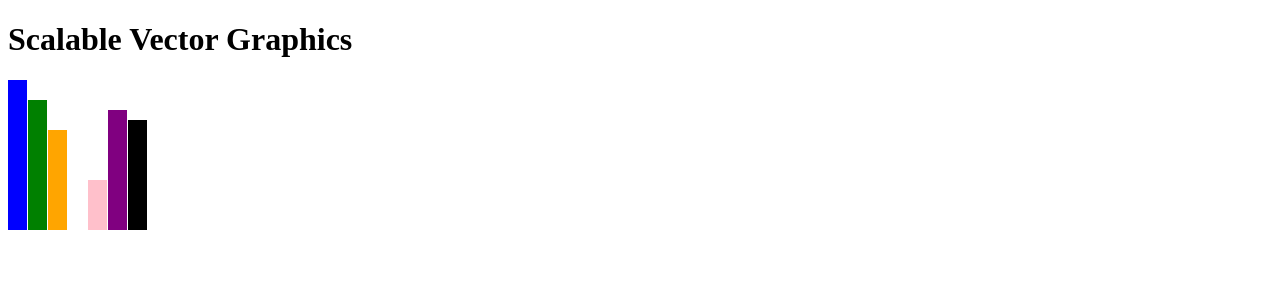
Repository: david-connaughton/data-visualisation
Page: svg.html
The author's editor kept a record of every edit. The page is drawn from the files as they stood at one moment, then again after the next edit.
The browser window is 1280 px wide. The pictures show the whole page.

Above is the page before.

### svg.html
<!DOCTYPE html>
<html lang="en">
<head>
    <meta charset="UTF-8">
    <meta name="viewport" content="width=device-width, initial-scale=1.0">
    <meta http-equiv="X-UA-Compatible" content="ie=edge">
    <title>Document</title>
</head>
<body>
    <h1>Scalable Vector Graphics</h1>
    <svg>
        <!--<rect x='0' y='0' width='100' height='50' fill='blue'/>-->
       <!-- <circle cx='100' cy='25' r='20' fill='pink'/>-->
       <!--<polygon points='0,0 100,0 200,100 250,50 300,300 0,300' fill='red'/>-->
       <rect x='0' y='' width='19' height='150' fill=''/>
       <!--<rect x='20' y='' width='19' height='150' fill=''/>
       <rect x='40' y='' width='19' height='150' fill=''/>
       <rect x='60' y='' width='19' height='150' fill=''/>
       <rect x='80' y='' width='19' height='150' fill=''/>
       <rect x='100' y='' width='19' height='150' fill=''/>
       <rect x='120' y='' width='19' height='150' fill=''/>-->

       <!-- as origin is left hand corner in 2d computer graphics we need to
       introduce detail on Y co-ordinate- ther are functions in D3 that will take care of this automatically-->
       <rect x='0' y='0' width='19' height='150' fill='blue'/>
       <rect x='20' y='20' width='19' height='130' fill='green'/>
       <rect x='40' y='50' width='19' height='100' fill='orange'/>
       <rect x='60' y='10' width='19' height='140' fill='white'/>
       <rect x='80' y='100' width='19' height='50' fill='pink'/>
       <rect x='100' y='30' width='19' height='120' fill='purple'/>
       <rect x='120' y='40' width='19' height='110' fill=''/>
    </svg>

</body>
</html>

After the next edit:
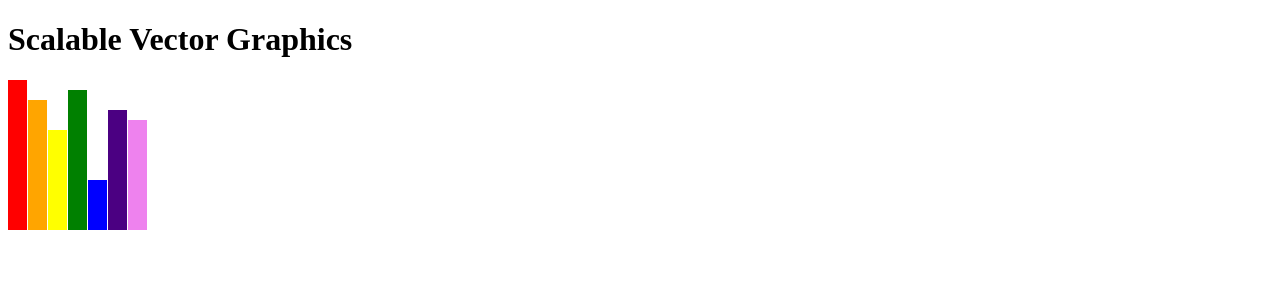
The edit:
--- a/svg.html
+++ b/svg.html
@@ -22,13 +22,13 @@
 
        <!-- as origin is left hand corner in 2d computer graphics we need to
        introduce detail on Y co-ordinate- ther are functions in D3 that will take care of this automatically-->
-       <rect x='0' y='0' width='19' height='150' fill='blue'/>
-       <rect x='20' y='20' width='19' height='130' fill='green'/>
-       <rect x='40' y='50' width='19' height='100' fill='orange'/>
-       <rect x='60' y='10' width='19' height='140' fill='white'/>
-       <rect x='80' y='100' width='19' height='50' fill='pink'/>
-       <rect x='100' y='30' width='19' height='120' fill='purple'/>
-       <rect x='120' y='40' width='19' height='110' fill=''/>
+       <rect x='0' y='0' width='19' height='150' fill='red'/>
+       <rect x='20' y='20' width='19' height='130' fill='orange'/>
+       <rect x='40' y='50' width='19' height='100' fill='yellow'/>
+       <rect x='60' y='10' width='19' height='140' fill='green'/>
+       <rect x='80' y='100' width='19' height='50' fill='blue'/>
+       <rect x='100' y='30' width='19' height='120' fill='indigo'/>
+       <rect x='120' y='40' width='19' height='110' fill='violet'/>
     </svg>
 
 </body>
